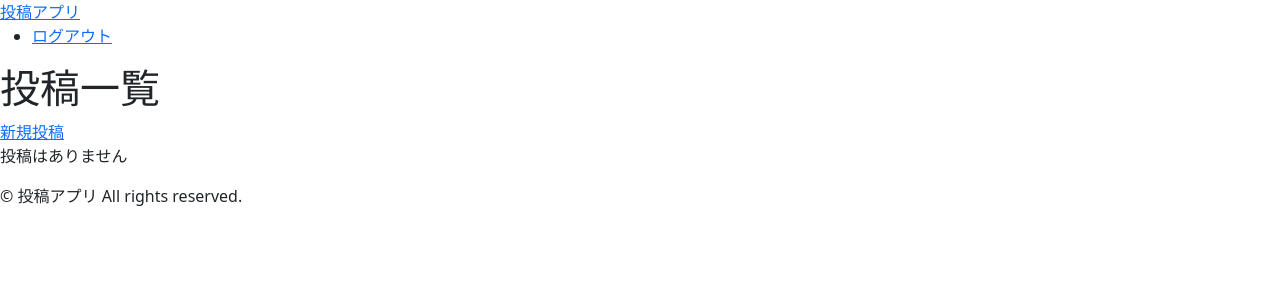
Repository: Yu62ballena/laravel_posting_app
Page: http://localhost/posts
An editor plug-in stored every save of this project. The page is shown before and after a run of saves, followed by the edit.
The browser window is 1280 px wide. The pictures show the whole page.
The page is served by the project's Laravel application, run on PHP 8.4 with Laravel 10. A made-up administrator, Test User (test@example.com), is signed in. Queries for data that is not in the repository find no rows.

Above is the page before, as saved 2024-05-21 13:48:20.

After the next 4 saves:
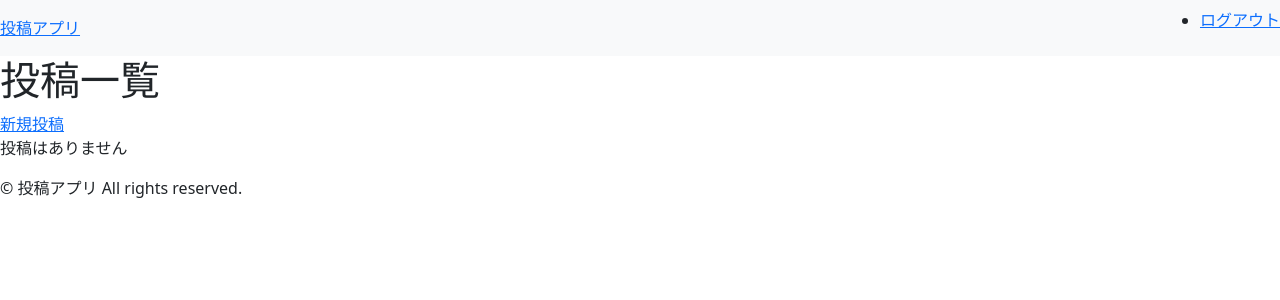
The 4 saves are shown as one change because they came seconds apart.
The last was saved 14 s later.
--- a/resources/views/posts/index.blade.php
+++ b/resources/views/posts/index.blade.php
@@ -11,7 +11,7 @@
 </head>
 <body>
     <header>
-        <nav class="">
+        <nav class="navbar navbar-light bg-light">
             <a href="{{ route('posts.index') }}">投稿アプリ</a>
 
             <ul>
